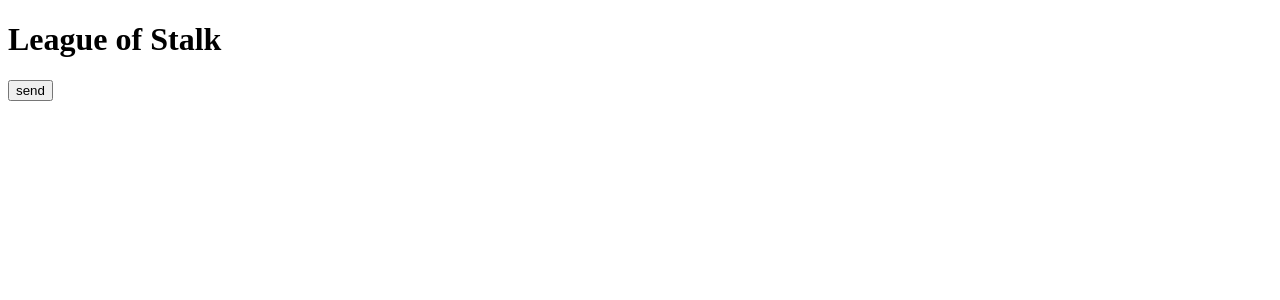
Repository: Dreifingerjpey/TestLos
Page: http://localhost/LeagueOfStalk/
These files come from the project's save history. The page is drawn as it stood at one moment and after the next save; the edit follows.
The browser window is 1280 px wide. The pictures show the whole page.
The page is served by Tomcat 9. Other server files are loaded and not shown.

Above is the page before, as saved 2017-08-04 11:14:56.

### Eclipse/LeagueOfStalk/WebContent/index.jsp
<%@ page language="java" contentType="text/html; charset=ISO-8859-1"
    pageEncoding="ISO-8859-1"%>
<!DOCTYPE html PUBLIC "-//W3C//DTD HTML 4.01 Transitional//EN" "http://www.w3.org/TR/html4/loose.dtd">
<html>
<head>
<jsp:include page="CSS/Style.css"/>
<link rel="stylesheet" href="${pageContext.request.contextPath}/CSS/Style.css" />
<meta http-equiv="Content-Type" content="text/html; charset=ISO-8859-1">
<title>League of Stalk</title>
</head>
<body>
<h1>League of Stalk</h1>
<form action="HTML/SummonerLookup.html">

<input type="submit" value="send"/>
</form>

</body>
</html>

Loaded but not shown: Eclipse/LeagueOfStalk/WebContent/CSS/Style.css (no copy from this time; the picture is the same without it)

After the next save:
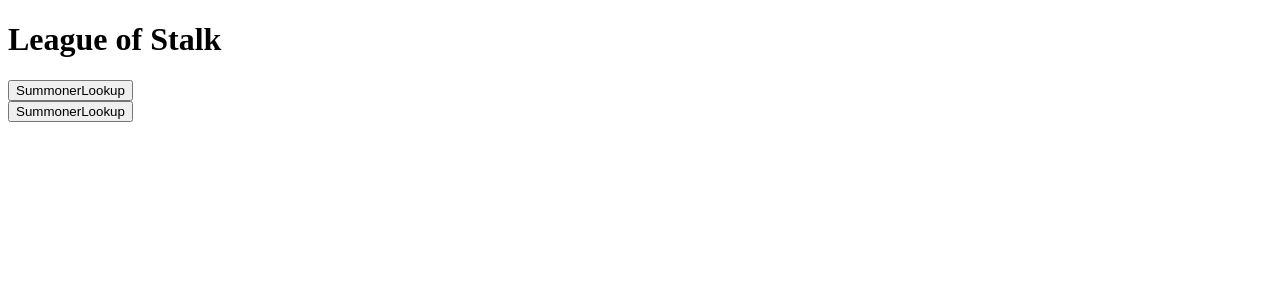
Saved 14 s later.
--- a/Eclipse/LeagueOfStalk/WebContent/index.jsp
+++ b/Eclipse/LeagueOfStalk/WebContent/index.jsp
@@ -12,8 +12,11 @@
 <h1>League of Stalk</h1>
 <form action="HTML/SummonerLookup.html">
 
-<input type="submit" value="send"/>
+<input type="submit" value="SummonerLookup"/>
 </form>
+<form action="HTML/SummonerLookup.html">
 
+<input type="submit" value="SummonerLookup"/>
+</form>
 </body>
 </html>
